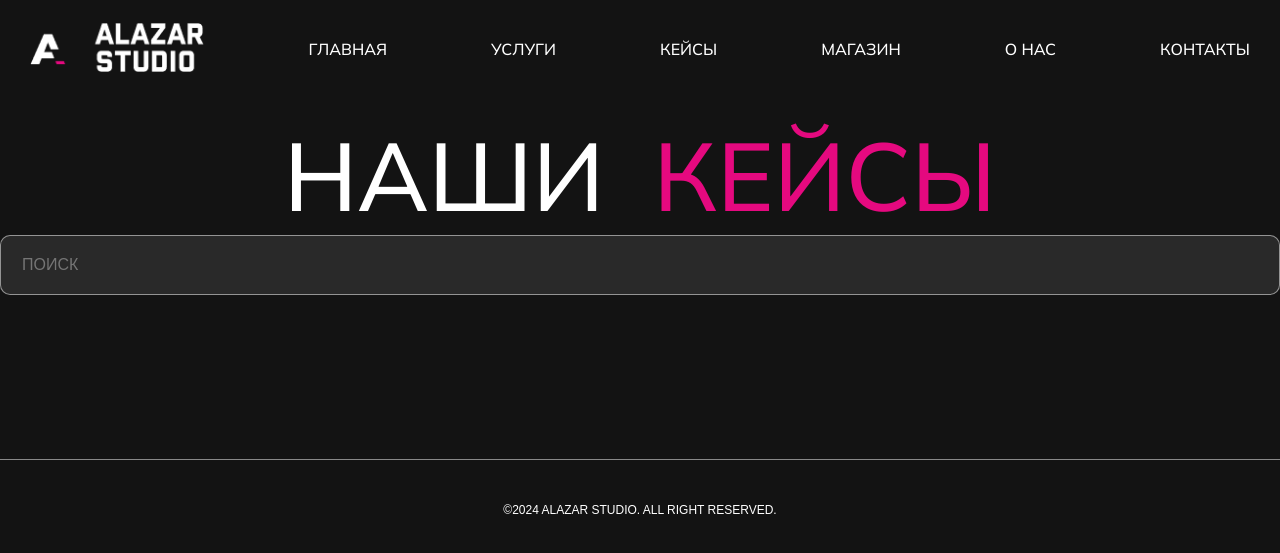
Repository: AlazarStudio/alazar_studio
Page: /cases
The author's editor kept a copy of each file at every save. The page is drawn from the files as they stood at one save, then again after a run of saves.
The browser window is 1280 px wide. The pictures show the whole page.
The page's requests for data from a server got no answer. The project was rebuilt for these pictures with package versions that can differ from the ones it lists, and the page was loaded fresh each time. No one was signed in, and anything a server would have sent is missing. Also part of the build but not shown: vite.config.js, src/Components/Pages/Non_Found_Page.jsx, src/Components/Standart/CenterBlock/CenterBlock.module.css, src/Components/Standart/CenterBlock/CenterBlock.jsx, src/Components/Standart/WidthBlock/WidthBlock.module.css, src/Components/Standart/WidthBlock/WidthBlock.jsx, src/Components/Pages/HomePage/HomePage.module.css, src/Components/Pages/HomePage/HomePage.jsx and 13 more.

Above is the page before, as saved 2025-05-06 15:59:07.

After the next 2 saves:
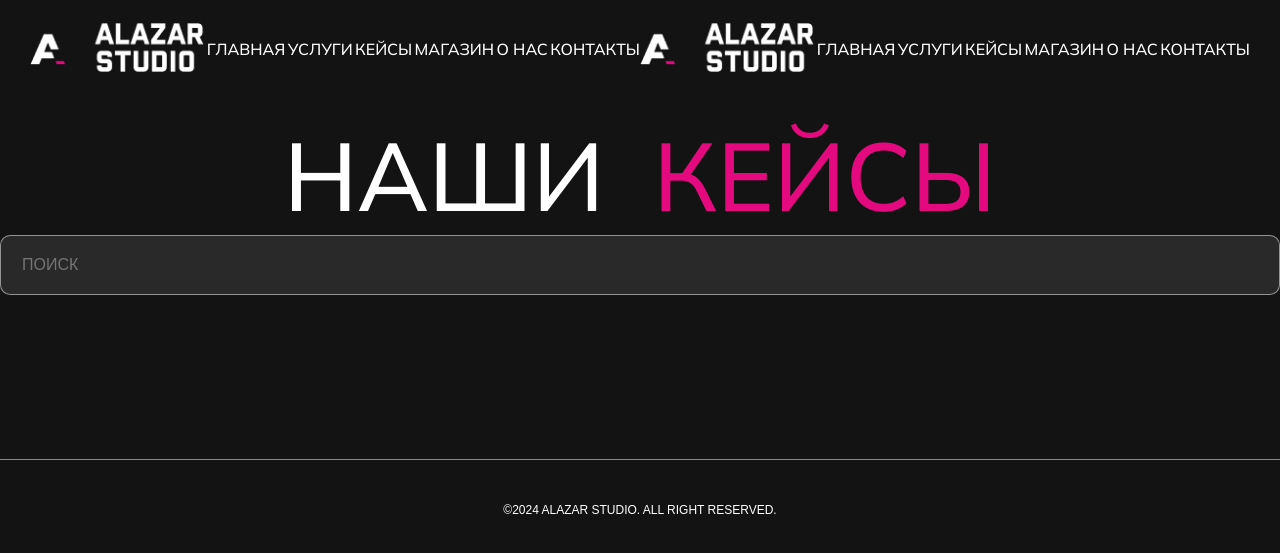
The 2 saves are shown as one change because they came seconds apart.
The last was saved 22 s later.
--- a/src/Components/Blocks/Header/Header.jsx
+++ b/src/Components/Blocks/Header/Header.jsx
@@ -55,6 +55,44 @@ function Header() {
           </li>
         </ul>
       </div>
+
+
+
+      <div
+        className={`${classes.containerNav} ${
+          isScrolled ? classes.scrolled : ''
+        }`}
+      >
+        <ul>
+          <li>
+            {' '}
+            <img
+              src="/images/headerLogo.png"
+              alt="Логотип"
+              className={classes.logo}
+            />
+          </li>
+
+          <li>
+            <Link to="/">ГЛАВНАЯ</Link>
+          </li>
+          <li>
+            <Link to="/service">УСЛУГИ</Link>
+          </li>
+          <li>
+            <Link to="/cases">КЕЙСЫ</Link>
+          </li>
+          <li>
+            <Link to="/shop">МАГАЗИН</Link>
+          </li>
+          <li>
+            <Link to="/about">О НАС</Link>
+          </li>
+          <li>
+            <Link to="/contacts">КОНТАКТЫ</Link>
+          </li>
+        </ul>
+      </div>
     </div>
   );
 }
